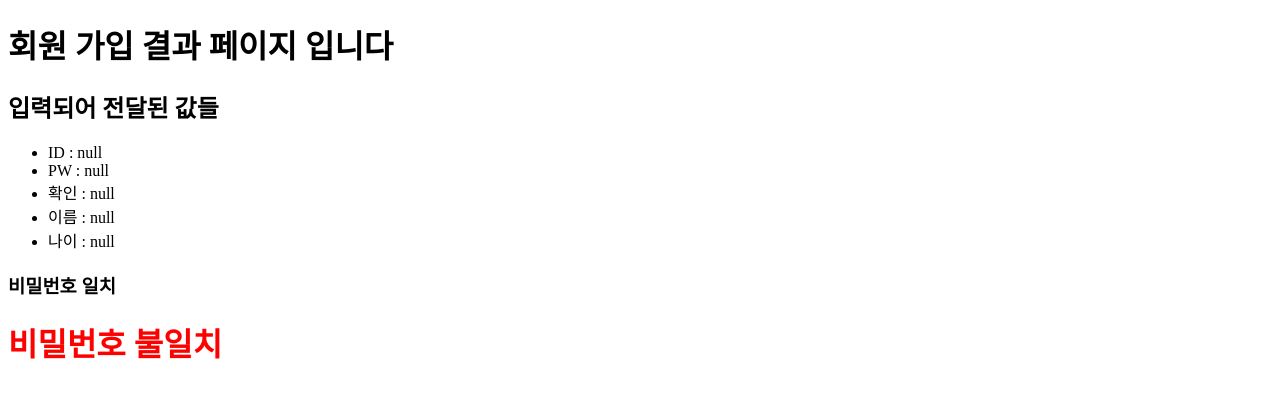
Repository: manggo999/05_Server
Page: http://localhost/ServletPractice/WEB-INF/views/signup_result.jsp
An editor plug-in stored every save of this project. The page is shown before and after the next save, followed by the edit.
The browser window is 1280 px wide. The pictures show the whole page.
The page is served by Tomcat 10. Nobody is signed in. The template is opened directly, without the code that normally fills it, so the values that code supplies are empty.

Above is the page before, as saved 2024-10-01 07:36:31.

After the next save:
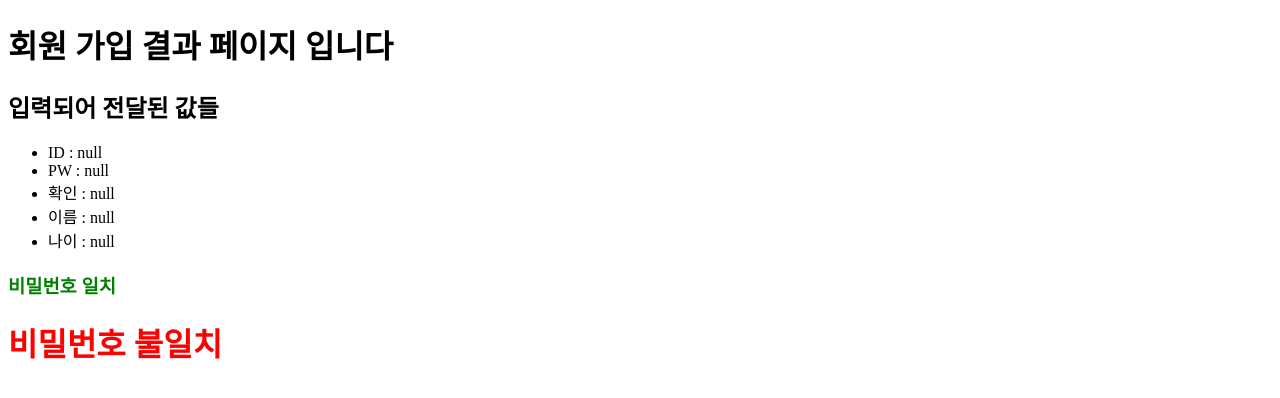
Saved 16 s later.
--- a/ServletPractice/src/main/webapp/WEB-INF/views/signup_result.jsp
+++ b/ServletPractice/src/main/webapp/WEB-INF/views/signup_result.jsp
@@ -20,7 +20,7 @@
 	  	 	</ul>
 
 	  	 	<c:if test="${param.inputPw == param.inputPwCheck}">
-		        <h3>비밀번호 일치</h3>
+		        <h3 style="color: green;">비밀번호 일치</h3>
 	        </c:if>
 
 	        <c:if test="${param.inputPw != param.inputPwCheck}">
